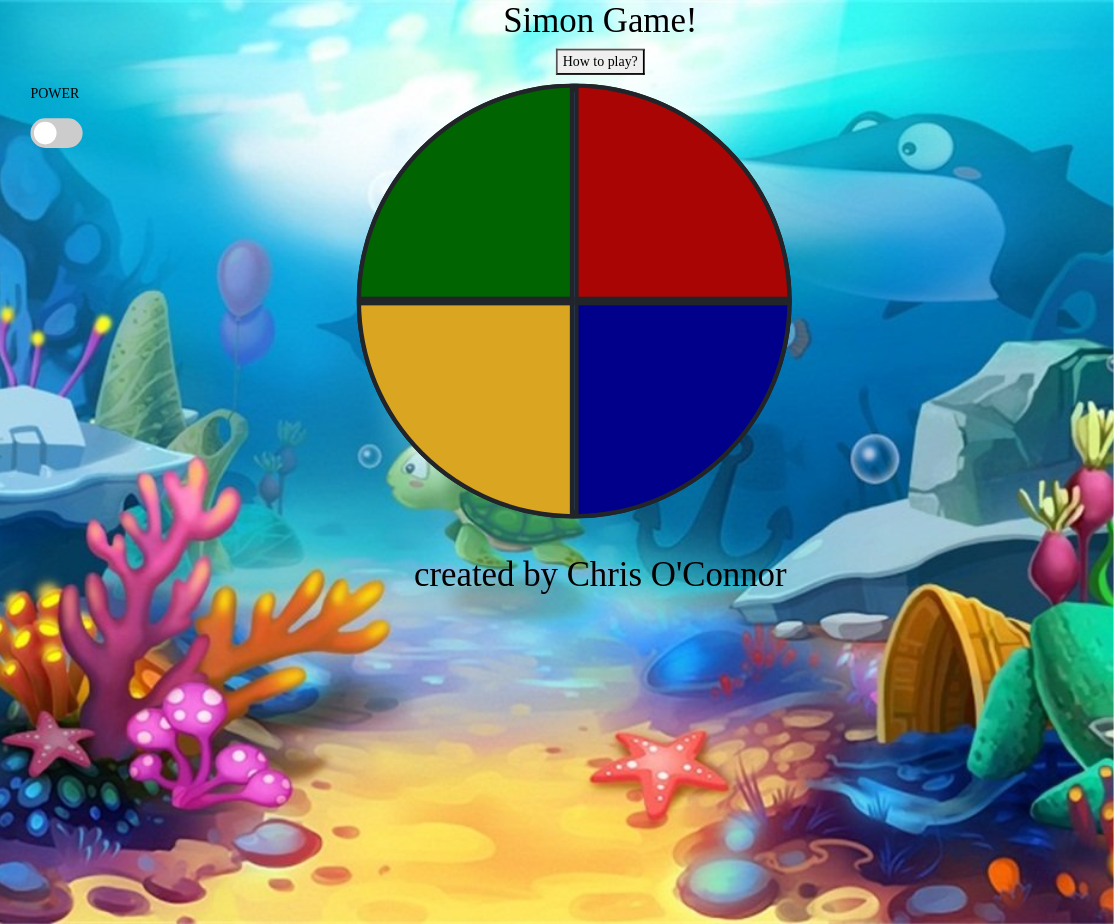
Repository: chrisoc19/SimonSays
Page: index.html
The author's editor kept a record of every edit. The page is drawn from the files as they stood at one moment, then again after the next edit.
The browser window is 1280 px wide. The pictures show the whole page, at 87% of full size.
Some web fonts or font styles are not loaded; a fallback is used.

Above is the page before.

After the next edit:
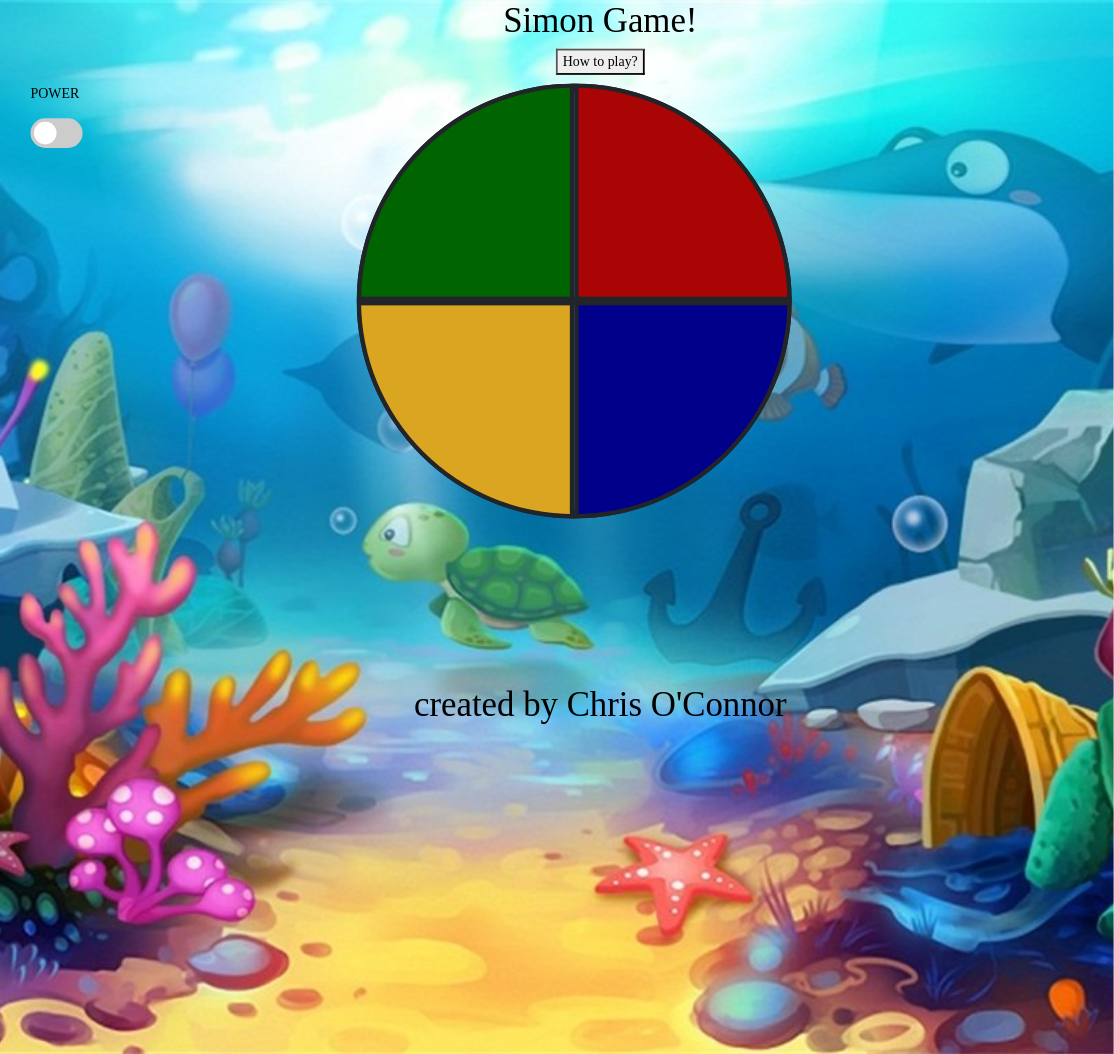
The edit:
--- a/css/style.css
+++ b/css/style.css
@@ -11,6 +11,9 @@
 /* -----------------------------------------------------Simon game Text */
 .mobile-margin{
   margin-left: 100px;
+}
+.footer-text{
+  margin-top: 150px;
 }
 .footer{
   margin-top: 40px;
